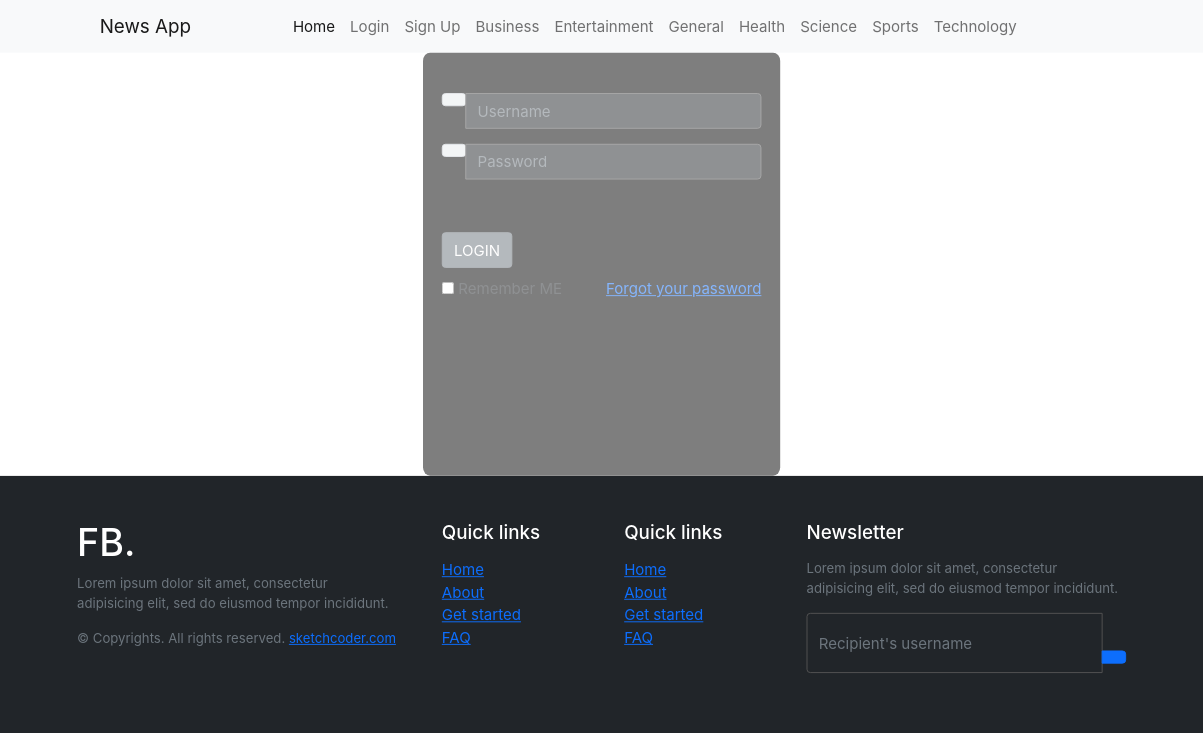
Repository: ZainAkbar51214/News-Site
Page: /login
These files come from the project's save history. The page is drawn as it stood at one moment and after the next save; the edit follows.
The browser window is 1280 px wide. The pictures show the whole page, at 94% of full size.
The project was rebuilt for these pictures with package versions that can differ from the ones it lists, and the page was loaded fresh each time. Also part of the build but not shown: src/Components/pages/SignUp.jsx, src/Components/Layouts/NewsItem.js, src/Components/Spinner.jsx, src/Components/Layouts/News.js.

Above is the page before, as saved 2023-12-18 03:40:01.

### public/index.html
<!DOCTYPE html>
<html lang="en">
  <head>
    <meta charset="utf-8" />
    <link rel="icon" href="%PUBLIC_URL%/favicon.ico" />
    <meta name="viewport" content="width=device-width, initial-scale=1" />
    <meta name="theme-color" content="#000000" />
    <meta
      name="description"
      content="Web site created using create-react-app"
    />
    <link rel="apple-touch-icon" href="%PUBLIC_URL%/logo192.png" />

    <link rel="manifest" href="%PUBLIC_URL%/manifest.json" />

    <title>News App</title>
    <!-- Bootstrap cdn -->
    <link href="https://cdn.jsdelivr.net/npm/bootstrap@5.0.2/dist/css/bootstrap.min.css" rel="stylesheet" integrity="sha384-EVSTQN3/azprG1Anm3QDgpJLIm9Nao0Yz1ztcQTwFspd3yD65VohhpuuCOmLASjC" crossorigin="anonymous">
  </head>
  <body>
    <noscript>You need to enable JavaScript to run this app.</noscript>
    <div id="root"></div>


    <!-- Bootstrap Script -->
    <script src="https://cdn.jsdelivr.net/npm/@popperjs/core@2.9.2/dist/umd/popper.min.js" integrity="sha384-IQsoLXl5PILFhosVNubq5LC7Qb9DXgDA9i+tQ8Zj3iwWAwPtgFTxbJ8NT4GN1R8p" crossorigin="anonymous"></script>
<script src="https://cdn.jsdelivr.net/npm/bootstrap@5.0.2/dist/js/bootstrap.min.js" integrity="sha384-cVKIPhGWiC2Al4u+LWgxfKTRIcfu0JTxR+EQDz/bgldoEyl4H0zUF0QKbrJ0EcQF" crossorigin="anonymous"></script>
  </body>
</html>

### src/App.js
import React from "react";
import {
  BrowserRouter as Router,
  Switch,
  Route
} from "react-router-dom";
import Navbar from './Components/Header/Navbar';
import Footer from './Components/Footer/Footer';
import Login from "./Components/pages/Login";
import SignUp from "./Components/pages/SignUp";
import News from "./Components/Layouts/News";

function App() {
  return (
    <Router>
      <Navbar />
        <Switch>
          <Route path="/" exact><News key="general" pageSize={5} country="in" category="general" /></Route>
          <Route path="/business" exact><News key="business" pageSize={5} country="in" category="business" /></Route>
          <Route path="/entertainment" exact><News key="entertainment" pageSize={5} country="in" category="entertainment" /></Route>
          <Route path="/health" exact><News key="health" pageSize={5} country="in" category="health" /></Route>
          <Route path="/science" exact><News key="science" pageSize={5} country="in" category="science" /></Route>
          <Route path="/sports" exact><News key="sports" pageSize={5} country="in" category="sports" /></Route>
          <Route path="/technology" exact><News key="technology" pageSize={5} country="in" category="technology" /></Route>
          <Route path="/login">
            <Login />
          </Route>
          <Route path="/sign-up">
            <SignUp />
          </Route>
        </Switch>
      <Footer />
  </Router>
  );
}

export default App;

### src/Components/Header/Navbar.jsx
import React, { Component } from 'react';
import { Link } from 'react-router-dom';

class Navbar extends Component {
    render() {
        return (
            <div>
                <div className="container-fluid bg-light">
                <div className="container">
                    <div className="row">
                        <div className="col-md-12">
                            <nav className="navbar navbar-expand-lg navbar-light">
                                <div className="container-fluid">
                                    <Link className="navbar-brand" to="/">News App</Link>
                                    <button className="navbar-toggler" type="button" data-bs-toggle="collapse" data-bs-target="#navbarSupportedContent" aria-controls="navbarSupportedContent" aria-expanded="false" aria-label="Toggle navigation">
                                        <span className="navbar-toggler-icon"></span>
                                    </button>
                                    <div className="collapse navbar-collapse" id="navbarSupportedContent">
                                        <ul className="navbar-nav mx-auto mb-2 mb-lg-0">
                                            <li className="nav-item">
                                                <Link className="nav-link active" aria-current="page" to="/">Home</Link>
                                            </li>
                                            <li className="nav-item">
                                                <Link className="nav-link" to="/login">Login</Link>
                                            </li>
                                            <li className="nav-item">
                                                <Link className="nav-link" to="/sign-up">Sign Up</Link>
                                            </li>
                                            <li className="nav-item">
                                                <Link className="nav-link" to="/business">Business</Link>
                                            </li>
                                            <li className="nav-item">
                                                <Link className="nav-link" to="/entertainment">Entertainment</Link>
                                            </li>
                                            <li className="nav-item">
                                                <Link className="nav-link" to="/">General</Link>
                                            </li>
                                            <li className="nav-item">
                                                <Link className="nav-link" to="/health">Health</Link>
                                            </li>
                                            <li className="nav-item">
                                                <Link className="nav-link" to="/science">Science</Link>
                                            </li>
                                            <li className="nav-item">
                                                <Link className="nav-link" to="/sports">Sports</Link>
                                            </li>
                                            <li className="nav-item">
                                                <Link className="nav-link" to="/technology">Technology</Link>
                                            </li>
                                        </ul>
                                    </div>
                                </div>
                            </nav>
                        </div>
                    </div>
                </div>
            </div>
            </div>
        );
    }
}

export default Navbar;

### src/Components/Footer/Footer.jsx
import React from "react";
import { Link } from "react-router-dom";
import '../Footer/Footer.css';

const Navbar = () => {
    return (
        <>
            <div className="d-flex flex-column h-100" style={{overflow: 'hidden'}}>
                {/* <!-- FOOTER --> */}
                <footer className="w-100 py-4 flex-shrink-0">
                    <div className="container py-4">
                        <div className="row gy-4 gx-5">
                            <div className="col-lg-4 col-md-6">
                                <h5 className="h1 text-white">FB.</h5>
                                <p className="small text-muted">Lorem ipsum dolor sit amet, consectetur adipisicing elit, sed do eiusmod tempor incididunt.</p>
                                <p className="small text-muted mb-0">&copy; Copyrights. All rights reserved. <Link className="text-primary" to="https://sketchcoder.com" target="_blank">sketchcoder.com</Link></p>
                            </div>
                            <div className="col-lg-2 col-md-6">
                                <h5 className="text-white mb-3">Quick links</h5>
                                <ul className="list-unstyled text-muted">
                                    <li><Link to="#">Home</Link></li>
                                    <li><Link to="#">About</Link></li>
                                    <li><Link to="#">Get started</Link></li>
                                    <li><Link to="#">FAQ</Link></li>
                                </ul>
                            </div>
                            <div className="col-lg-2 col-md-6">
                                <h5 className="text-white mb-3">Quick links</h5>
                                <ul className="list-unstyled text-muted">
                                    <li><Link to="#">Home</Link></li>
                                    <li><Link to="#">About</Link></li>
                                    <li><Link to="#">Get started</Link></li>
                                    <li><Link to="#">FAQ</Link></li>
                                </ul>
                            </div>
                            <div className="col-lg-4 col-md-6">
                                <h5 className="text-white mb-3">Newsletter</h5>
                                <p className="small text-muted">Lorem ipsum dolor sit amet, consectetur adipisicing elit, sed do eiusmod tempor incididunt.</p>
                                <form action="#">
                                    <div className="input-group mb-3">
                                        <input className="form-control" type="text" placeholder="Recipient's username" aria-label="Recipient's username" aria-describedby="button-addon2" />
                                        <button className="btn btn-primary" id="button-addon2" type="button"><i className="fas fa-paper-plane"></i></button>
                                    </div>
                                </form>
                            </div>
                        </div>
                    </div>
                </footer>
            </div>
        </>
    )
}

export default Navbar;

### src/Components/pages/Login.jsx
import React, { Component } from 'react';
import { Link } from 'react-router-dom';

class Login extends Component{
    render(){
      return(
         <div className="container d-flex align-items-center justify-content-center">
          <div className="form-box">
            <div className="header-form">
              <h4 className="text-primary text-center"><i className="fa fa-user-circle" style={{fontSize:"110px"}}></i></h4>
              <div className="image">
              </div>
            </div>
            <div className="body-form">
             <form>
                <div className="input-group mb-3">
     <div className="input-group-prepend">
      <span className="input-group-text"><i class="fa fa-user"></i></span>
    </div>
    <input type="text" className="form-control" placeholder="Username" />
  </div>
   <div className="input-group mb-3">
     <div className="input-group-prepend">
      <span className="input-group-text"><i class="fa fa-lock"></i></span>
    </div>
    <input type="text" className="form-control" placeholder="Password" />
  </div>
   <button type="button" className="btn btn-secondary btn-block">LOGIN</button>
   <div className="message">
  <div><input type="checkbox" /> Remember ME</div>
   <div><Link to="/">Forgot your password</Link></div>
   </div>
     </form>
              <div className="social">
                <Link to="/"><i className="fab fa-facebook"></i></Link>
                <Link to="/"><i className="fab fa-twitter-square"></i></Link>
                <Link to="/"><i className="fab fa-google"></i></Link>
              </div>
            </div>
          </div>
         </div>
      )
    }
  }


export default Login;

### src/Components/Footer/Footer.css
/* ==========================================
    FOR DEMO PURPOSE
  ========================================== */

  .text-small {
    font-size: 0.9rem;
  }

  .form-control {
    background: #212529;
    border-color: #545454;
  }

  .form-control:focus {
    background: #212529;
  }

  footer {
    background: #212529;
  }

### src/App.css
.App {
  text-align: center;
}

.App-logo {
  height: 40vmin;
  pointer-events: none;
}

@media (prefers-reduced-motion: no-preference) {
  .App-logo {
    animation: App-logo-spin infinite 20s linear;
  }
}

.App-header {
  background-color: #282c34;
  min-height: 100vh;
  display: flex;
  flex-direction: column;
  align-items: center;
  justify-content: center;
  font-size: calc(10px + 2vmin);
  color: white;
}

.App-link {
  color: #61dafb;
}

@keyframes App-logo-spin {
  from {
    transform: rotate(0deg);
  }
  to {
    transform: rotate(360deg);
  }
}

/* Login Css */
.form-box{
  width:380px;
  height:450px;
  background-color:black;
  padding:20px;
  display:flex;
  flex-direction:column;
  justify-content:flex-start;
  opacity:0.5;
  border-radius:2%;
}
.header-form{
margin-bottom:15px;
}
button{
margin-top:40px;
margin-bottom:10px;
}
.message{
display:flex;
justify-content:space-between
}
.social{
display:flex;
justify-content:space-around;
padding:30px;
}

.social i{
font-size:35px;
}

.social i:hover{
color:red;
cursor:pointer;
}

Loaded but not shown: src/index.js (common file); src/index.css (common file); src/reportWebVitals.js (common file)

After the next save:
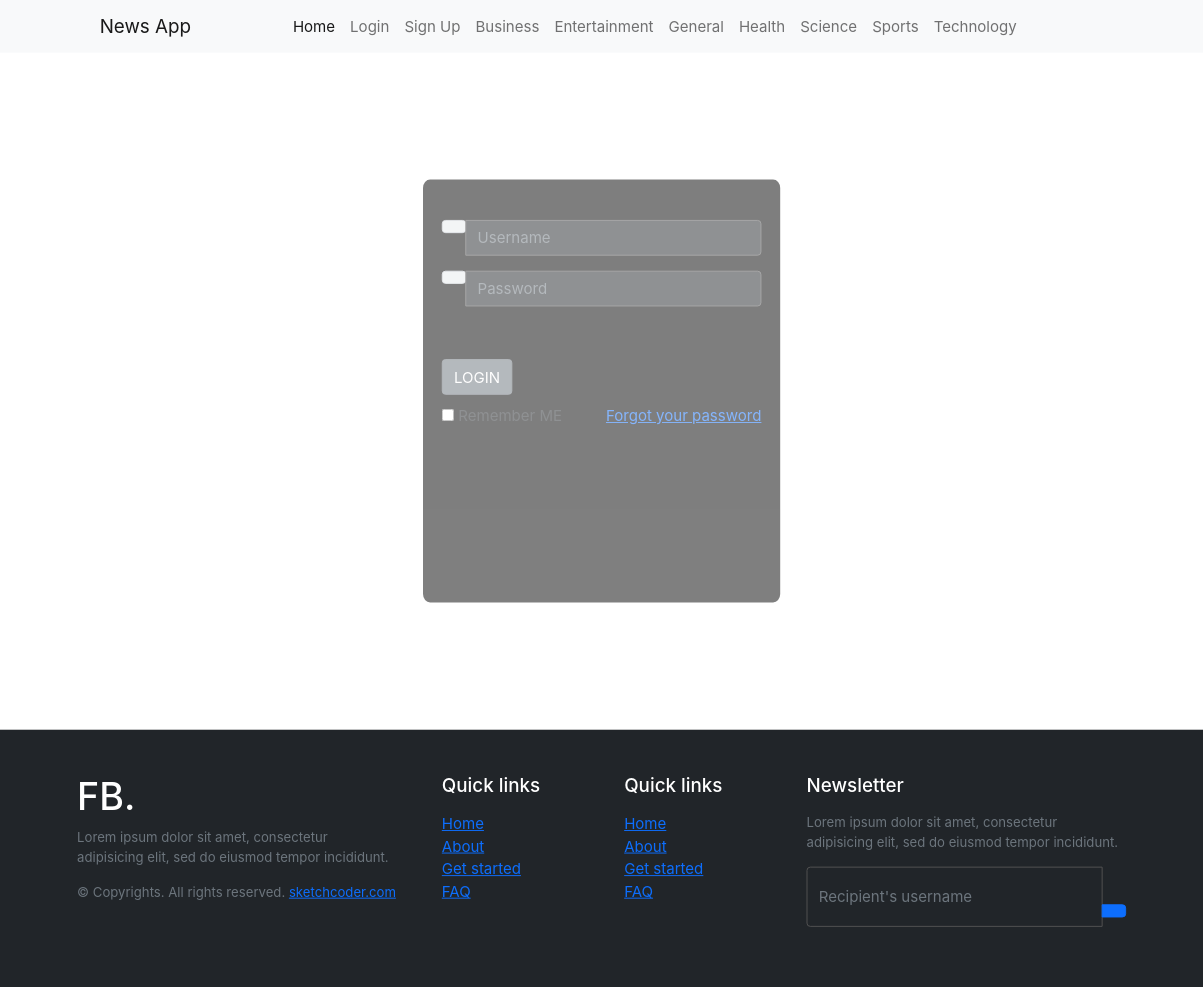
Saved 40 s later.
--- a/src/Components/pages/Login.jsx
+++ b/src/Components/pages/Login.jsx
@@ -4,7 +4,7 @@ import { Link } from 'react-router-dom';
 class Login extends Component{
     render(){
       return(
-         <div className="container d-flex align-items-center justify-content-center">
+         <div className="container d-flex align-items-center justify-content-center" style={{width: '100%', height: '100vh'}}>
           <div className="form-box">
             <div className="header-form">
               <h4 className="text-primary text-center"><i className="fa fa-user-circle" style={{fontSize:"110px"}}></i></h4>
